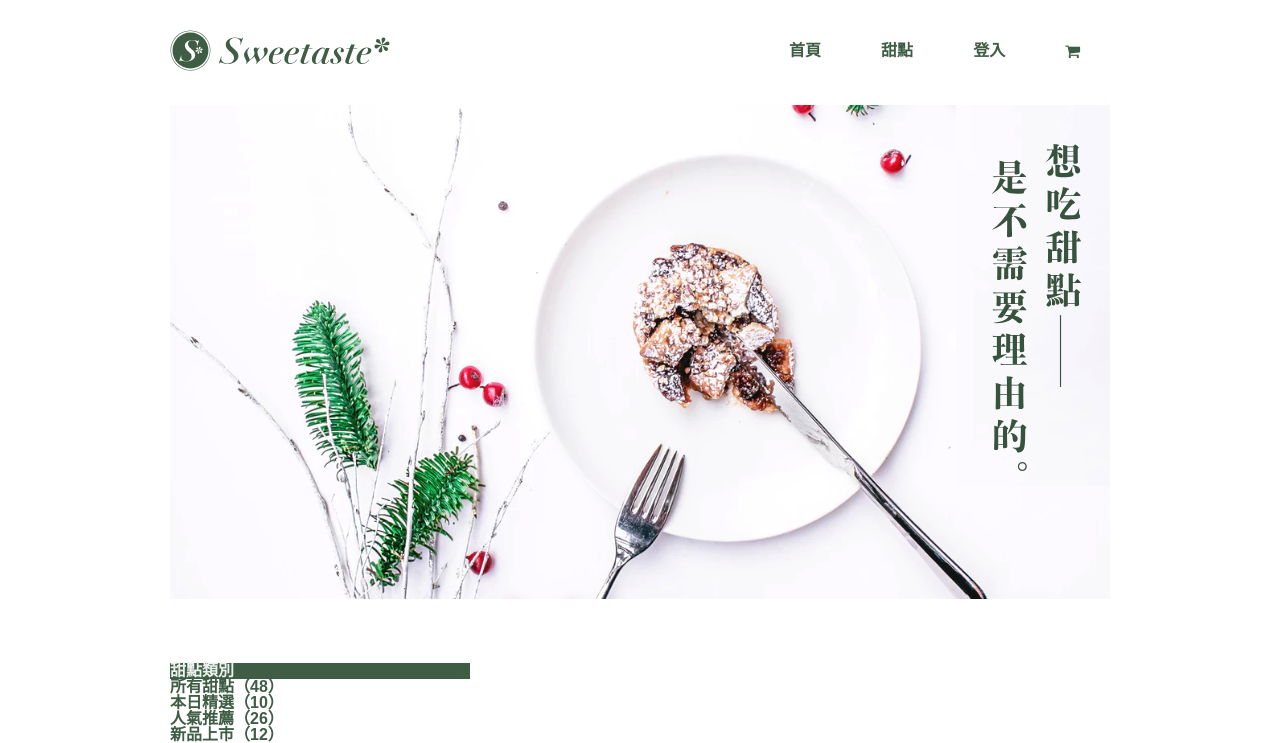
Repository: michelle61219/Sweets
Page: index.html
These files come from the project's save history. The page is drawn as it stood at one moment and after the next save; the edit follows.
The browser window is 1280 px wide. The pictures show the whole page.

Above is the page before, as saved 2021-06-13 00:28:27.

After the next save:
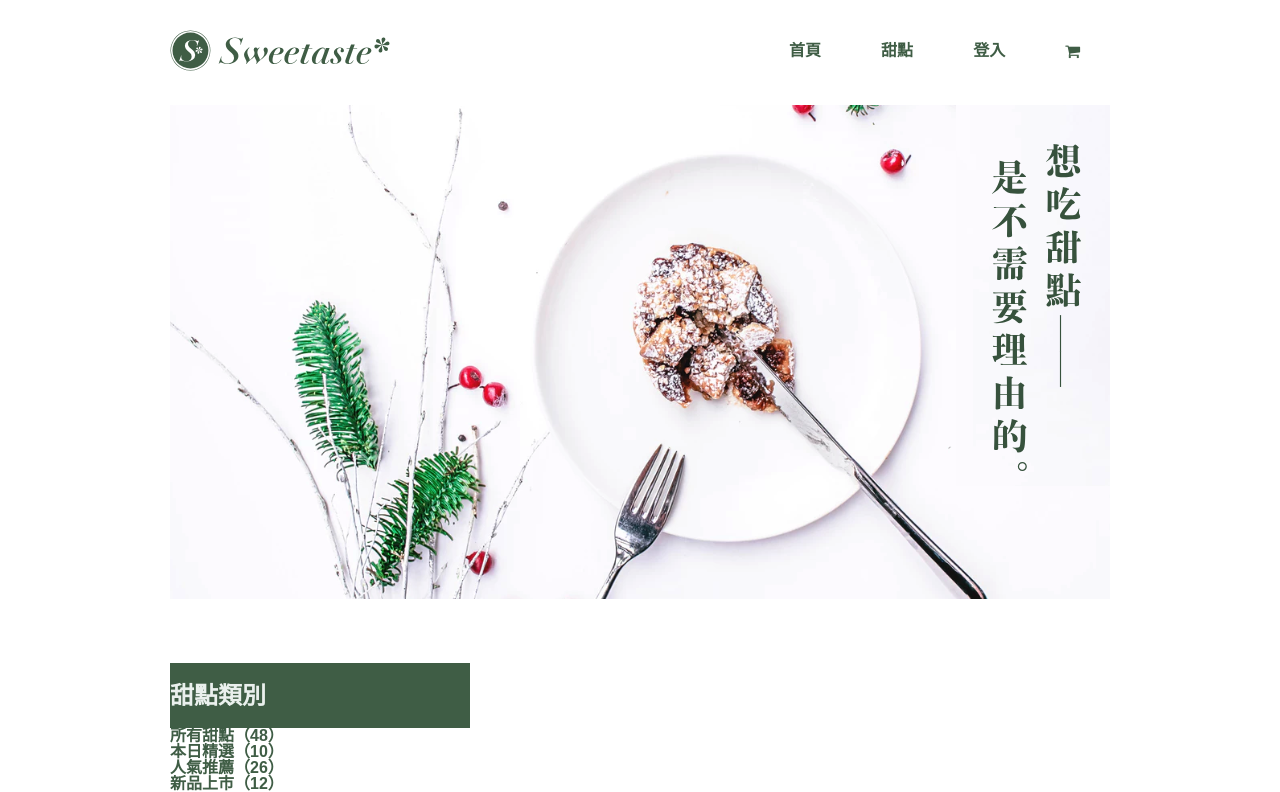
Saved 76 s later.
--- a/style.css
+++ b/style.css
@@ -189,4 +189,7 @@ a {
 .aside h2 {
 	background: #3f5d45;
 	color: #eaf0ed;
+	text-decoration: center;
+	font-size: 24px;
+	line-height: 65px;
 }
